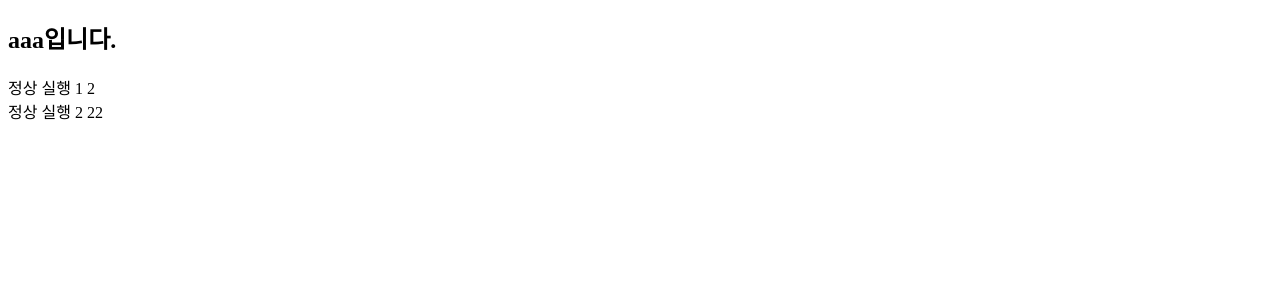
Repository: pshho/newJspProject
Page: http://localhost/JspProj/err/aaa.jsp
These files come from the project's save history. The page is drawn as it stood at one moment and after a run of saves; the edit follows.
The browser window is 1280 px wide. The pictures show the whole page.
The page is served by Tomcat 9.

Above is the page before, as saved 2023-07-26 01:10:38.

After the next 2 saves:
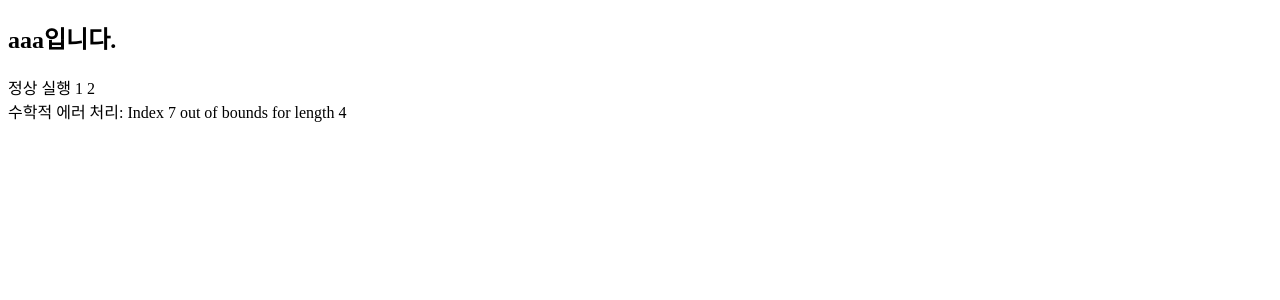
The 2 saves are shown as one change because 1 did not build or start.
The last was saved 3 min 37 s later.
--- a/JspProj/src/main/webapp/err/aaa.jsp
+++ b/JspProj/src/main/webapp/err/aaa.jsp
@@ -16,8 +16,8 @@
 
 			int[] arr = {11, 22, 33, 44};
 
-			out.println("정상 실행 2 " + arr[1] + "<br/>");
-		}catch(ArithmeticException e){
+			out.println("정상 실행 2 " + arr[7] + "<br/>");
+		}catch(ArrayIndexOutOfBoundsException e){
 			out.println("수학적 에러 처리: " + e.getMessage());
 		}
 	%>
